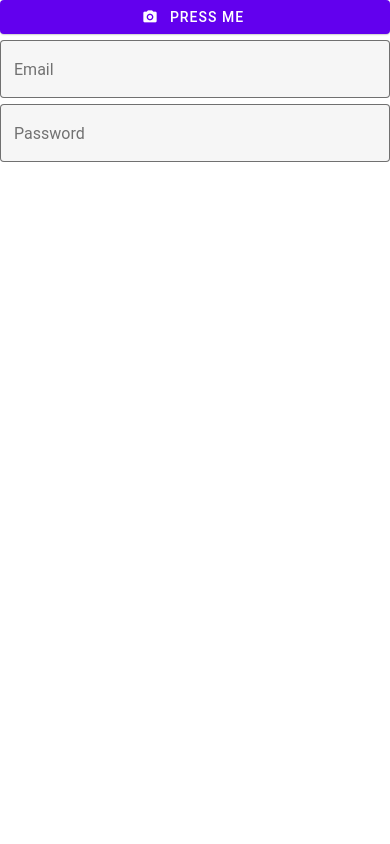
Repository: pascalgrim/GymTracker
Screen: /
These files come from the project's save history. The screen is drawn as it stood at one moment and after the next save; the edit follows.
The app was drawn by React Native's web renderer in a window 390 px wide. The project was rebuilt for these pictures with package versions that can differ from the ones it lists, and the page was loaded fresh each time. Also part of the build but not shown: components/menuCard.js, components/Dashboard.js, firebase.js, context/AuthContext.js.

Above is the screen before, as saved 2021-11-04 22:11:23.

### App.js
import { StatusBar } from "expo-status-bar";
import React from "react";
import {
  Button,
  StyleSheet,
  Text,
  View,
  TouchableOpacity,
  Image,
  SafeAreaView,
} from "react-native";
import MenuCard from "./components/menuCard";

// LOGOS
import mainLogo from "./imgs/mainLogo.png";
import SettingsIcon from "./imgs/mainSettings.png";

// ICONS FOR CARDS
import IconSessions from "./imgs/schreibe-brief.png";
import Dashboard from "./components/Dashboard";
import Signup from "./components/Signup";

export default function App() {
  return (
    <View >
      {/* <Dashboard/> */}
      <Signup/>

      <StatusBar style="auto" />
    </View>
  );
}

const styles = StyleSheet.create({
  container: {
    flex: 1,
    backgroundColor: "#131321",
    paddingLeft: 20,
    paddingRight: 20,
    paddingTop: 30,
    paddingBottom: 20,
  },
});

### components/Signup.js
import React from 'react'
import {Card, Button,TextInput,Appbar} from 'react-native-paper';
import { View } from 'react-native';
import { useRef ,useState} from 'react'
import { Link,Route,BrowserRouter as Router,Routes } from 'react-router-dom';
// import Button from '@mui/material/Button';
import {useAuth} from "../context/AuthContext"

export default function Signup() {
    const emailRef = useRef()
    const passwordRef = useRef()
    const passwordConfirmRef = useRef()
    const signup = useAuth()
    const [error,setError] = useState("")
    const [loading,setLoading] = useState(false)

    async function handleSubmit(e){
        e.preventDefault()
        console.log((passwordRef.current.value).length)

        if (passwordRef.current.value !== passwordConfirmRef.current.value){
            return setError("Passwords do not match.")
        }
        else if ((passwordRef.current.value).length < 6){
            return setError("Passwords must have at least 6 characters.")
        }
        try{
            setError("")
            setLoading(true)
            await signup(emailRef.current.value,passwordRef.current.value)
            history.push("/")
        }catch{
            setError("Failed to create an Account.")
        }
        setLoading(false)


    }
    return (
        <View>
        <Button dark={true} icon="camera" mode="contained" onPress={() => console.log('Pressed')}>
    Press me
  </Button>
  <TextInput
      label="Email"
      mode="outlined"
    />
    <TextInput
      label="Password"
      mode="outlined"
    />

        </View>

    )
}

After the next save:
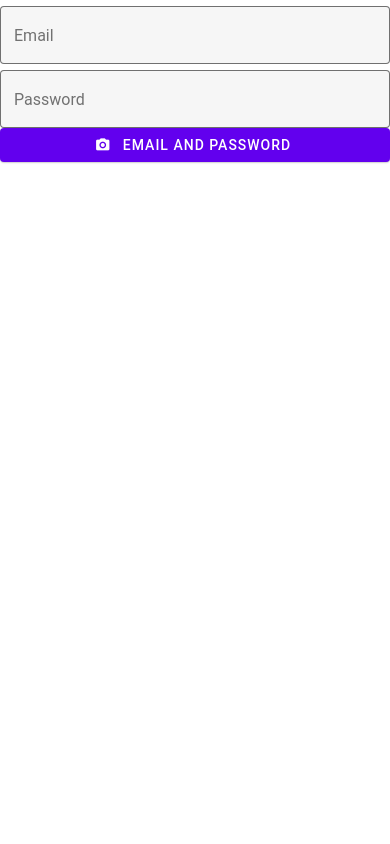
Saved 84 s later.
--- a/components/Signup.js
+++ b/components/Signup.js
@@ -38,9 +38,6 @@ export default function Signup() {
     }
     return (
         <View>
-        <Button dark={true} icon="camera" mode="contained" onPress={() => console.log('Pressed')}>
-    Press me
-  </Button>
   <TextInput
       label="Email"
       mode="outlined"
@@ -49,6 +46,9 @@ export default function Signup() {
       label="Password"
       mode="outlined"
     />
+    <Button dark={true} icon="camera" mode="contained" onPress={() => console.log('Pressed')}>
+    Email And Password
+    </Button>
 
         </View>
 
